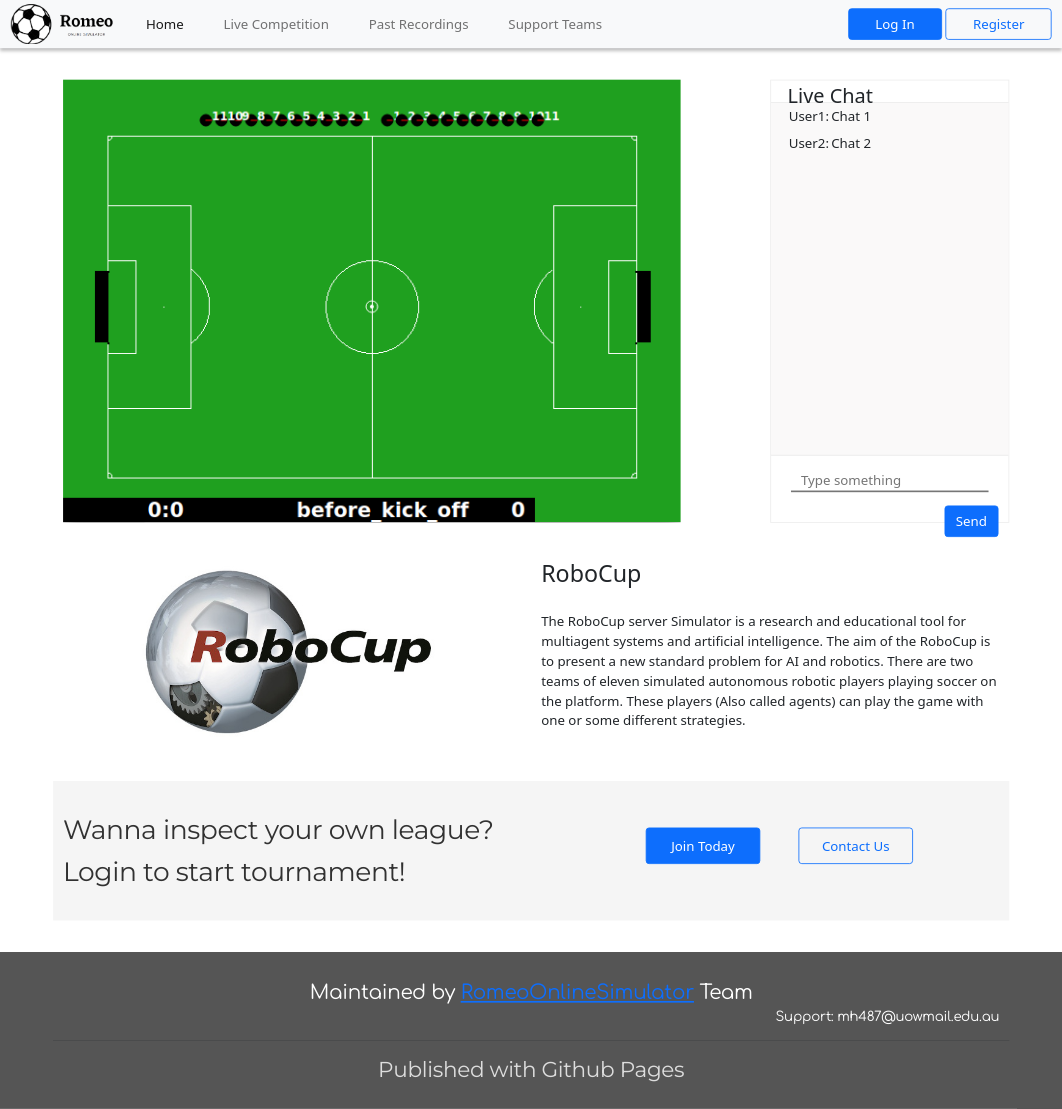
Repository: romeoonlinesim/romeoonlinesim.github.io
Page: competition.html
The author's editor kept a copy of each file at every save. The page is drawn from the files as they stood at one save, then again after the next save.
The browser window is 1280 px wide. The pictures show the whole page, at 83% of full size.

Above is the page before, as saved 2021-05-19 21:59:09.

### competition.html
<!DOCTYPE html PUBLIC "-//W3C//DTD XHTML 1.0 Strict//EN"
"http://www.w3.org/TR/xhtml1/DTD/xhtml1-strict.dtd">
<html xmlns="http://www.w3.org/1999/xhtml">
<head>
<title>Robocup</title>
    <meta http-equiv="content-type" content="text/html; charset=iso-8859-1" />
    <link href="https://cdn.jsdelivr.net/npm/bootstrap@5.0.1/dist/css/bootstrap.min.css" rel="stylesheet" integrity="sha384-+0n0xVW2eSR5OomGNYDnhzAbDsOXxcvSN1TPprVMTNDbiYZCxYbOOl7+AMvyTG2x" crossorigin="anonymous">
    <link rel="stylesheet"
          href="https://fonts.googleapis.com/css?family=Montserrat">

    <link rel="stylesheet"
          href="https://fonts.googleapis.com/css?family=Comfortaa">


    <style>
        .navbar {
            padding-left:1%;
            padding-right:1%;
            padding-top: 0%;
            padding-bottom:0%;
            box-shadow: 0px 4px 4px rgba(0, 0, 0, 0.25);
        }

        .navbar-nav > li{
            padding-left:16px;
            padding-right:16px;
        }

        .navbar-right > a {
            padding-left:32px;
            padding-right:32px;
        }

        .background-img {
            width: 100%;
            height: auto;
        }

        #logo {
            max-height: 3rem;
            width:auto;
        }


        .text {
            align-items: center;
            display:grid;
            grid-row-gap: 0%;
        }

        /*h3 {
            font-weight: bold;
        }*/

        .para {
            font-family: Montserrat;
            font-style: normal;
            font-weight: normal;
            font-size: 32px;
            line-height: 50px;
            margin-bottom: 0%;
            /* or 139% */

            letter-spacing: -0.015em;

            color: rgba(0, 0, 0, 0.8);
        }

        .row {
            padding-bottom: 3%;
        }

        .no-padding {
            padding-bottom: 1%;
        }

        .footer {
            background: #555555;
            max-height: min-content;
        }

        .support-text {

            font-family: Comfortaa;
            font-style: normal;
            font-weight: normal;
            font-size: 24px;
            line-height: 32px;

            align-items: center;
            text-align: center;
            letter-spacing: -0.015em;

            color: #FFFFFF;
            padding-bottom: 0%;
            margin-bottom: 0%;
        }

        .support-email {
            font-family: Comfortaa;
            font-style: normal;
            font-weight: normal;
            font-size: 16px;
            align-items: center;
            text-align: right;
            letter-spacing: -0.015em;

            color: #FFFFFF;
        }

        .github-text {
            font-family: Montserrat;
            font-style: normal;
            font-weight: normal;
            font-size: 26px;

            text-align: center;
            letter-spacing: -0.015em;

            color: rgba(255, 255, 255, 0.8);
        }


        .right {
            text-align: right;
            float: right;
        }

        .grey {
            background: #F5F5F5;
        }

        .container-fluid {
            max-width: 90%;
            margin-top: 3%;
        }

        .watermark {
            position: absolute;

            right: 1%;
            top: 10%;

            font-family: Montserrat;
            font-style: italic;
            font-weight: bold;
            font-size: 56px;
            line-height: 80px;
            /* identical to box height, or 143% */

            text-align: center;
            letter-spacing: -0.015em;
        }

        .chat-box {
            border: 1px solid #e5e5e5ad;
        }

        .chat-header {
            text-indent: 3%;
            height: 5%;
            border-bottom: 1px solid #e5e5e5ad;
        }

        .chat {
            background: #faf9f9;
            height: 80%;
            text-indent: 3%;
            display: block;
            border-bottom: 1px solid #e5e5e5ad;
            overflow-y: scroll;
        }

        .chat-input {
            text-indent: 3%;
        }

        .chat-text {
            border-width: 0 0 2px;
        }

        .already {
            display: table;
            flex-grow: 1;
        }
    </style>
</head>

<body>
    <div class="navbar navbar-expand-lg navbar-light bg-light">
        <a href="#default" class = "navbar-brand">
            <img id="logo" src="img/logo-romeo-header.png">
        </a>
        <div class="collapse navbar-collapse" id="navbarSupportedContent">
            <ul class="navbar-nav mr-auto">
                <li class="nav-item">
                    <a class="nav-link active" href="index.html">Home</a>
                </li>
                <li class="nav-item">
                    <a class="nav-link" href="#livecompetition">Live Competition</a>
                </li>
                <li class="nav-item">
                    <a class="nav-link" href="#recording">Past Recordings</a>
                </li>
                <li class="nav-item">
                    <a class="nav-link" href="teams.html">Support Teams</a>
                </li>
            </ul>
        </div>
        <div class="navbar-right">
            <a href="login.html" class="btn btn-primary">Log In</a>
            <a href="register.html" class="btn btn-outline-primary">Register</a>
        </div>
    </div>

    <div class="container-fluid">
        <div class="row">
            <div class="col-lg-8">
                <img class="background-img" src="img/field-picture.png">
            </div>
            <div class="col-lg-1"></div>
            <div class="col-lg-3 chat-box">
                <div class="row chat-header">
                    <h4 class="pt-1">Live Chat</h4>
                </div>
                <div class="row chat">
                    <div class="pb-2 pt-1">
                        <label>User1:</label>
                        Chat 1
                    </div>
                    <div class="pb-2">
                        <label>User2:</label>
                        Chat 2
                    </div>
                </div>
                <div class="row chat-input pt-3 pb-3">
                    <div class="col-lg-1"></div>
                    <input class="col-lg-10 chat-text" type="textarea" name="chat" placeholder="Type something"/>
                    <div class="col-lg-1"></div>
                </div>
                <div class="d-flex">
                    <div class="already">
                    </div>

                    <input type="button" class="btn btn-primary col-lg-3" value="Send" />
                </div>
            </div>
        </div>
        <div class="row">
            <img class="img col-lg-6" src="img/robocup-1.png">
            <div class="text col-lg-6 ">
                <h3 class="grid-item">RoboCup</h3>
                <p class="grid-item">The RoboCup server Simulator is a research and educational tool for multiagent systems and artificial intelligence. The aim of the RoboCup is to present a new standard problem for AI and robotics. There are two teams of eleven simulated autonomous robotic players playing soccer on the platform. These players (Also called agents) can play the game with one or some different strategies. </p>
            </div>
        </div>
        <div class="row grey">
            <div class="row"></div>
            <div class="col-lg-6" id = "col-lg-6-left">
                <p class="para">Wanna inspect your own league?</p>
                <p class="para">Login to start tournament!</p>
            </div>

            <div class="col-lg-6 row">
                <!--a href="#Contact" class="btn btn-outline-primary" role="button">Contact Us</a>
                <a href="#Join" class="btn btn-primary" role="button">Join Today</a-->
                <div class="row"></div>
                <div class="col-lg-3"></div>
                <button type="button" class="btn btn-primary col-lg-3">Join Today</button>
                <div class="col-lg-1"></div>
                <button type="button" class="btn btn-outline-primary col-lg-3">Contact Us</button>
            </div>
        </div>
    </div>

    <div class="footer">
        <div class="container-fluid">
            <div class="row"></div>
            <div class="no-padding row">
                <p class="support-text">Maintained by <a href="#">RomeoOnlineSimulator</a> Team</p>
                <p class="support-email ml-auto">Support: mh487@uowmail.edu.au </p>
                <hr>
                <p class="github-text">Published with Github Pages</p>
            </div>
        </div>
    </div>
</body>
</html>

After the next save:
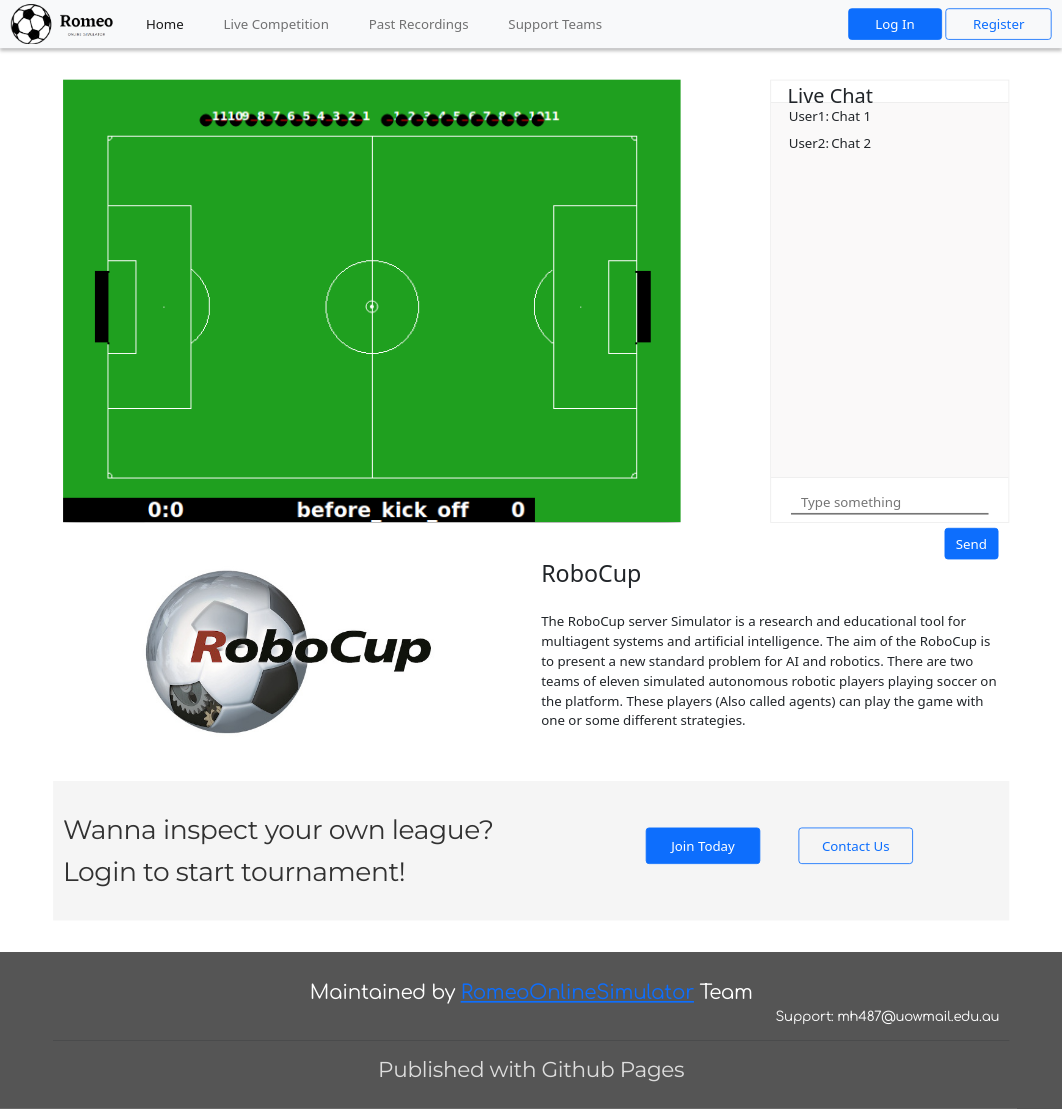
Saved 40 s later.
--- a/competition.html
+++ b/competition.html
@@ -164,7 +164,7 @@
 
         .chat {
             background: #faf9f9;
-            height: 80%;
+            height: 85%;
             text-indent: 3%;
             display: block;
             border-bottom: 1px solid #e5e5e5ad;

After the save that followed:
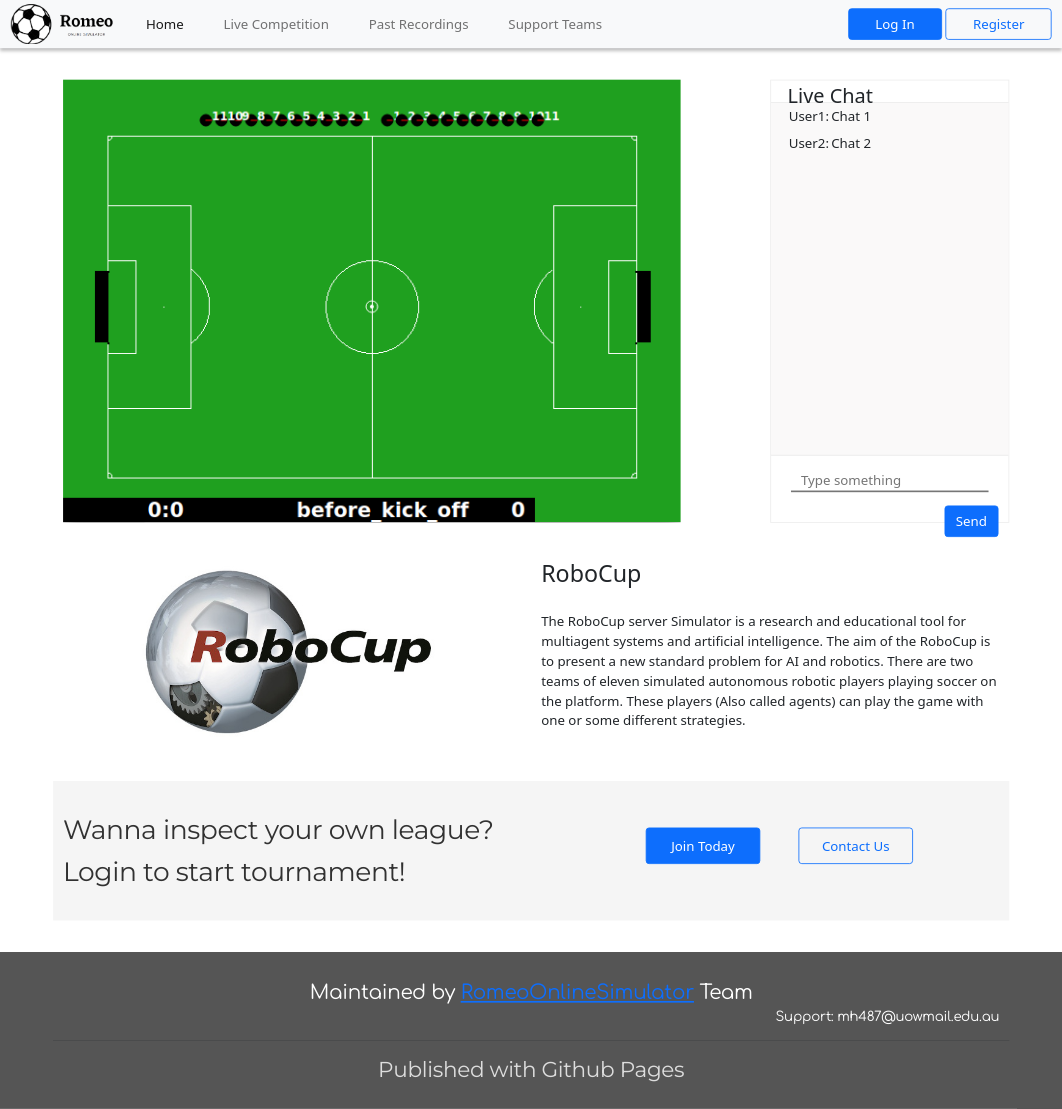
Saved 116 s later.
--- a/competition.html
+++ b/competition.html
@@ -164,7 +164,7 @@
 
         .chat {
             background: #faf9f9;
-            height: 85%;
+            height: 80%;
             text-indent: 3%;
             display: block;
             border-bottom: 1px solid #e5e5e5ad;
